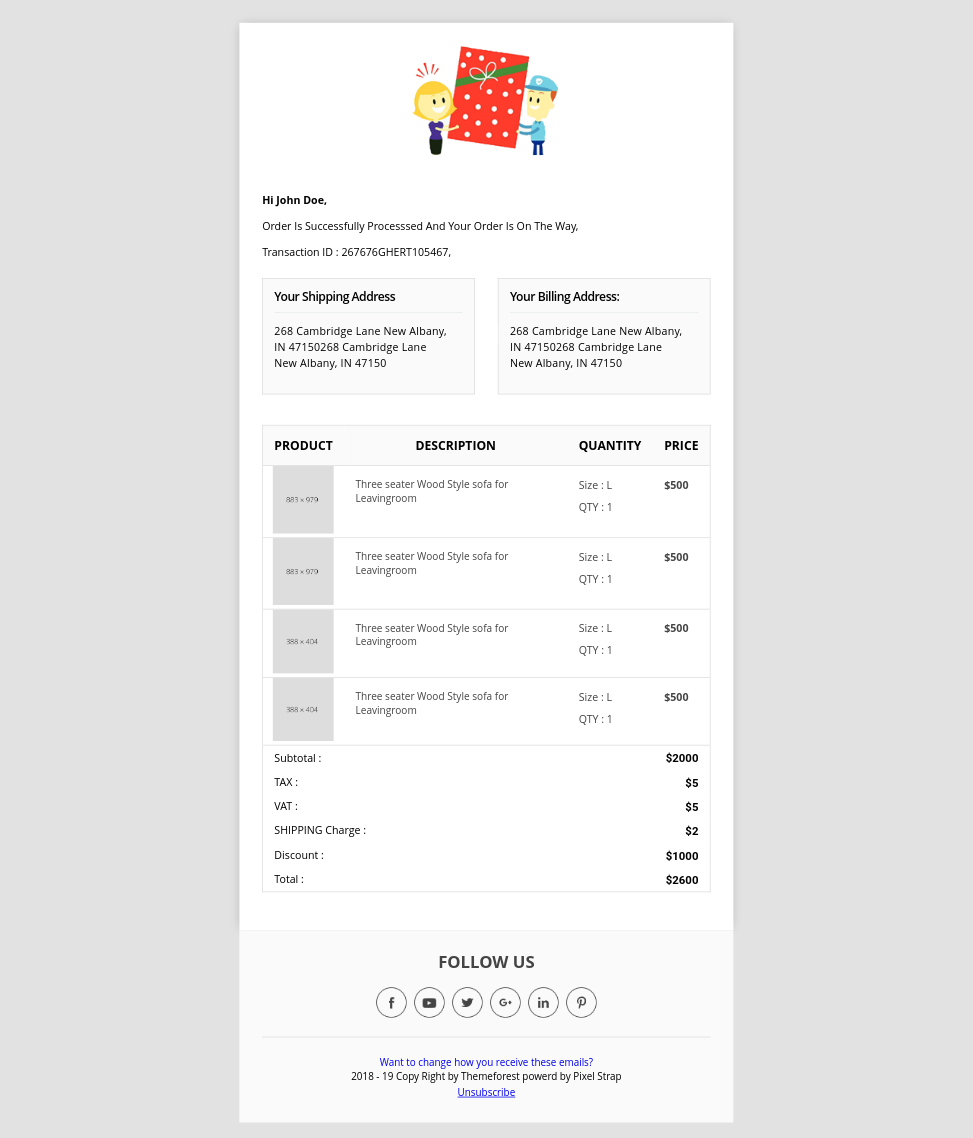
Repository: Idevz-sys/icespice-marketplace-front
Page: email-template/email-order-success-two.html
The author's editor kept a copy of each file at every save. The page is drawn from the files as they stood at one save, then again after the next save.
The browser window is 1280 px wide. The pictures show the whole page, at 76% of full size.

Above is the page before, as saved 2022-04-12 16:27:52.

After the next save:
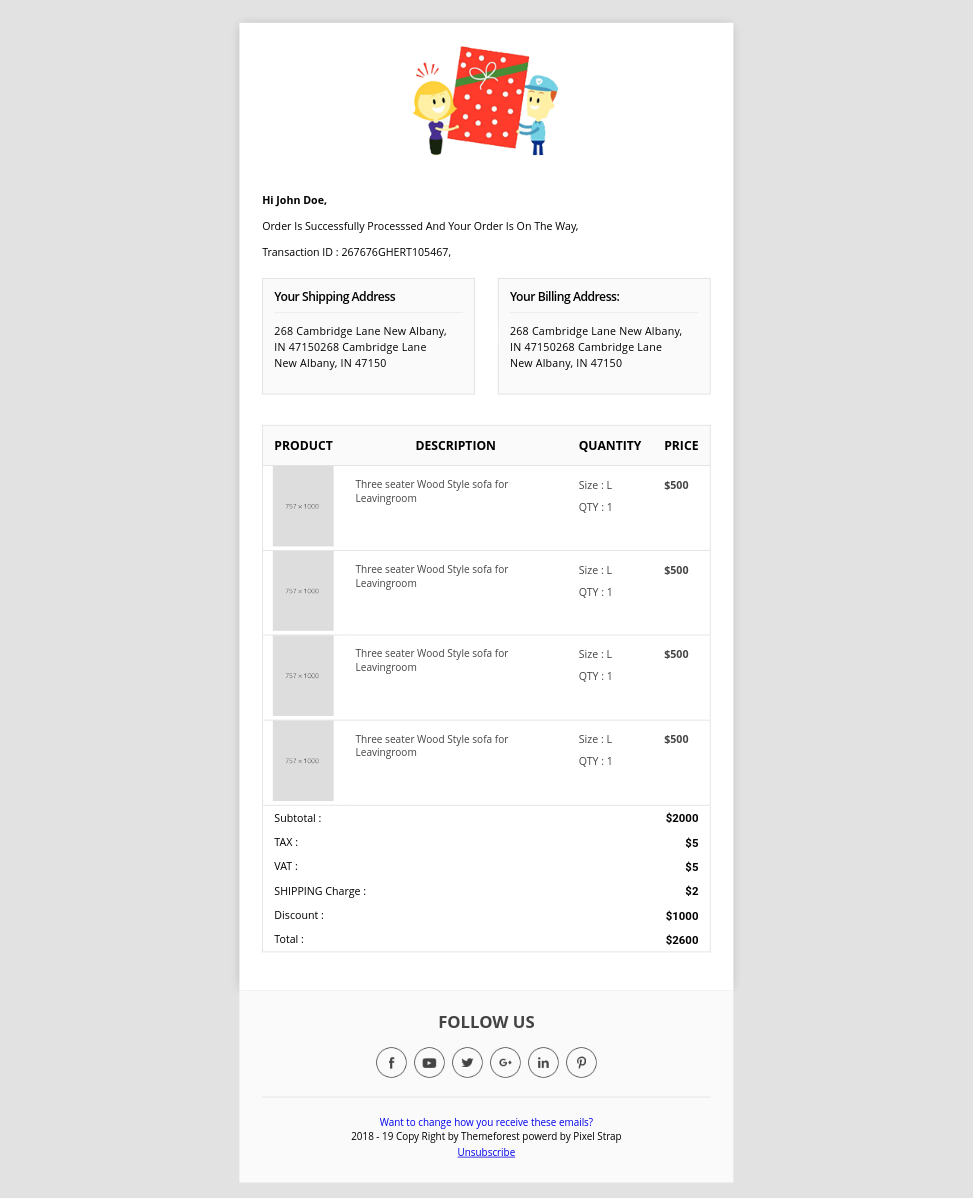
Saved 33 s later.
--- a/email-template/email-order-success-two.html
+++ b/email-template/email-order-success-two.html
@@ -179,7 +179,7 @@
                         </tr>
                         <tr>
                             <td>
-                                <img src="images/4.jpg" alt="" width="80">
+                                <img src="images/product/4.jpg" alt="" width="80">
                             </td>
                             <td valign="top" style="padding-left: 15px;">
                                 <h5 style="margin-top: 15px;">Three seater Wood Style sofa for Leavingroom </h5>
@@ -195,7 +195,7 @@
                         </tr>
                         <tr>
                             <td>
-                                <img src="images/5.jpg" alt="" width="80">
+                                <img src="images/product/5.jpg" alt="" width="80">
                             </td>
                             <td valign="top" style="padding-left: 15px;">
                                 <h5 style="margin-top: 15px;">Three seater Wood Style sofa for Leavingroom </h5>
@@ -211,7 +211,7 @@
                         </tr>
                         <tr>
                             <td>
-                                <img src="images/6.jpg" alt="" width="80">
+                                <img src="images/product/6.jpg" alt="" width="80">
                             </td>
                             <td valign="top" style="padding-left: 15px;">
                                 <h5 style="margin-top: 15px;">Three seater Wood Style sofa for Leavingroom </h5>
@@ -227,7 +227,7 @@
                         </tr>
                         <tr>
                             <td>
-                                <img src="images/7.jpg" alt="" width="80">
+                                <img src="images/product/7.jpg" alt="" width="80">
                             </td>
                             <td valign="top" style="padding-left: 15px;">
                                 <h5 style="margin-top: 15px;">Three seater Wood Style sofa for Leavingroom </h5>
